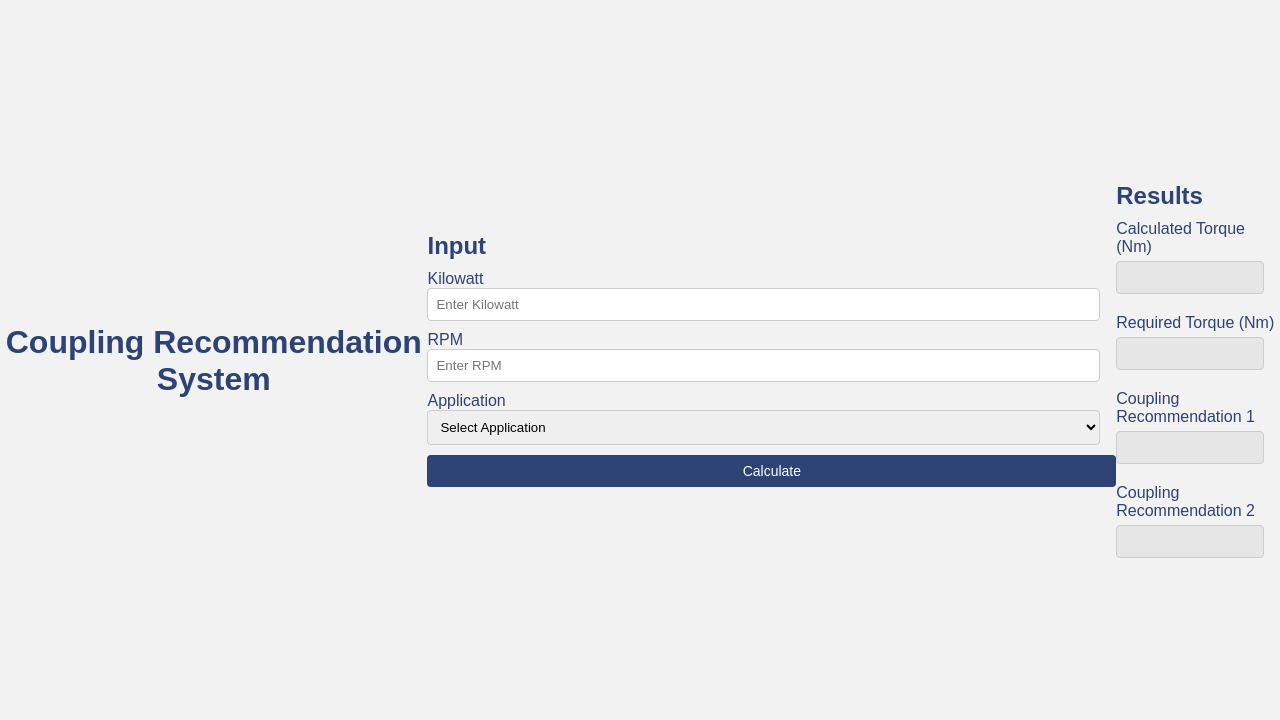
Repository: JustinSadie/calculator
Page: newIndex.html
An editor plug-in stored every save of this project. The page is shown before and after the next save, followed by the edit.
The browser window is 1280 px wide. The pictures show the whole page.

Above is the page before, as saved 2024-08-25 15:26:49.

After the next save:
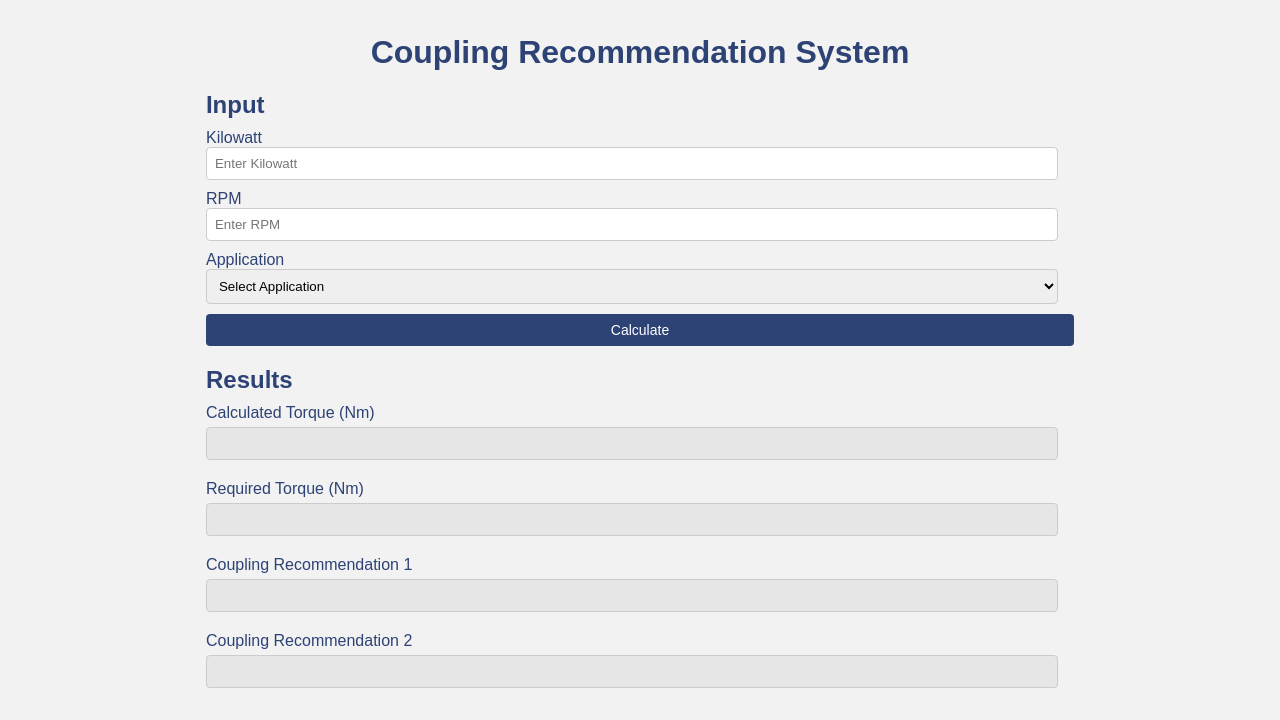
Saved 3 min 58 s later.
--- a/newIndex.html
+++ b/newIndex.html
@@ -4,80 +4,82 @@
     <meta charset="UTF-8" />
     <meta name="viewport" content="width=device-width, initial-scale=1.0" />
     <title>Coupling Recommendation</title>
-    <link rel="stylesheet" href="newCSS.css">
+    <link rel="stylesheet" href="newCSS.css" />
   </head>
   <body>
-    <h1>Coupling Recommendation System</h1>
+    <div class="coupling-calculator">
+      <h1>Coupling Recommendation System</h1>
 
-    <div class="input-section">
-      <h2>Input</h2>
-      <label for="kilowatt">Kilowatt</label>
-      <input
-        type="number"
-        id="kilowatt"
-        placeholder="Enter Kilowatt"
-        required
-      />
+      <div class="input-section">
+        <h2>Input</h2>
+        <label for="kilowatt">Kilowatt</label>
+        <input
+          type="number"
+          id="kilowatt"
+          placeholder="Enter Kilowatt"
+          required
+        />
 
-      <label for="rotationSpeed">RPM</label>
-      <input
-        type="number"
-        id="rotationSpeed"
-        placeholder="Enter RPM"
-        required
-      />
+        <label for="rotationSpeed">RPM</label>
+        <input
+          type="number"
+          id="rotationSpeed"
+          placeholder="Enter RPM"
+          required
+        />
 
-      <label for="application">Application</label>
-      <select id="application">
-        <option value="">Select Application</option>
-        <option value="1.2">Centrifugal Pumps</option>
-        <option value="1.2">Fans</option>
-        <option value="1.2">Belt Conveyors</option>
-        <option value="1.6">Hammermill</option>
-        <option value="1.6">Bucket Elevator</option>
-        <option value="1.6">Scraper Conveyor</option>
-        <option value="2.4">Reciprocating Pump</option>
-        <option value="2.4">Compressor(3Cyl or less)</option>
-        <option value="2">Crusher</option>
-        <option value="2">Calender</option>
-        <option value="2">Shaker</option>
-        <option value="2">Compressor(4 Cyl or more)</option>
-        <option value="4">Steel Mill rolers Tables</option>
-        <option value="4">Heavy Reversing Drives</option>
-      </select>
-      <input
-        type="text"
-        id="customApplication"
-        placeholder="Enter Custom Application"
-        style="display: none"
-      />
+        <label for="application">Application</label>
+        <select id="application">
+          <option value="">Select Application</option>
+          <option value="1.2">Centrifugal Pumps</option>
+          <option value="1.2">Fans</option>
+          <option value="1.2">Belt Conveyors</option>
+          <option value="1.6">Hammermill</option>
+          <option value="1.6">Bucket Elevator</option>
+          <option value="1.6">Scraper Conveyor</option>
+          <option value="2.4">Reciprocating Pump</option>
+          <option value="2.4">Compressor(3Cyl or less)</option>
+          <option value="2">Crusher</option>
+          <option value="2">Calender</option>
+          <option value="2">Shaker</option>
+          <option value="2">Compressor(4 Cyl or more)</option>
+          <option value="4">Steel Mill rolers Tables</option>
+          <option value="4">Heavy Reversing Drives</option>
+        </select>
+        <input
+          type="text"
+          id="customApplication"
+          placeholder="Enter Custom Application"
+          style="display: none"
+        />
 
-      <button onclick="displayResults()">Calculate</button>
-    </div>
-
-    <div class="output-section">
-      <h2>Results</h2>
-      <div class="result">
-        <label for="torqueResult">Calculated Torque (Nm)</label>
-        <input type="text" id="torqueResult" readonly />
+        <button onclick="displayResults()">Calculate</button>
       </div>
 
-      <div class="result">
-        <label for="coupRat">Required Torque (Nm)</label>
-        <input type="text" id="coupRat" readonly />
+      <div class="output-section">
+        <h2>Results</h2>
+        <div class="result">
+          <label for="torqueResult">Calculated Torque (Nm)</label>
+          <input type="text" id="torqueResult" readonly />
+        </div>
+
+        <div class="result">
+          <label for="coupRat">Required Torque (Nm)</label>
+          <input type="text" id="coupRat" readonly />
+        </div>
+
+        <div class="result">
+          <label for="brCouplingSuggest1">Coupling Recommendation 1</label>
+          <input type="text" id="brCouplingSuggest1" readonly />
+        </div>
+
+        <div class="result">
+          <label for="brCouplingSuggest2">Coupling Recommendation 2</label>
+          <input type="text" id="brCouplingSuggest2" readonly />
+        </div>
       </div>
 
-      <div class="result">
-        <label for="brCouplingSuggest1">Coupling Recommendation 1</label>
-        <input type="text" id="brCouplingSuggest1" readonly />
-      </div>
-
-      <div class="result">
-        <label for="brCouplingSuggest2">Coupling Recommendation 2</label>
-        <input type="text" id="brCouplingSuggest2" readonly />
-      </div>
+      <script src="Coupling generator copy.js"></script>
     </div>
-
-    <script src="Coupling generator copy.js"></script>
   </body>
 </html>
